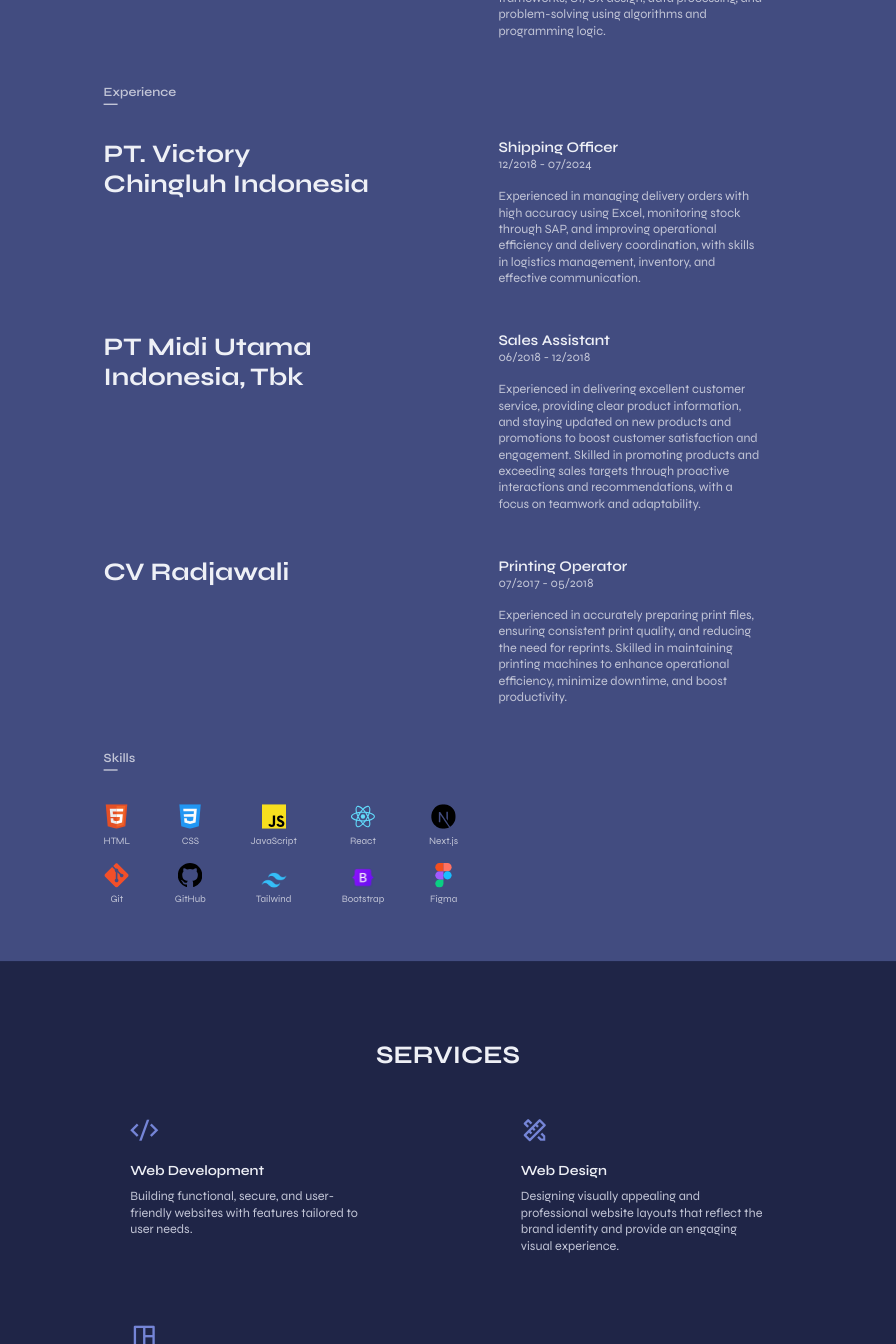
Repository: Ademaulana100499/amgrowth
Page: /
The author's editor kept a copy of each file at every save. The page is drawn from the files as they stood at one save, then again after the next save.
The browser window is 1280 px wide. The pictures show the part of the page from y = 4580 to 6500 px (the page is 7673 px tall before and 7757 px after), at 70% of full size.
Some web fonts or font styles are not loaded; a fallback is used. The project was rebuilt for these pictures with package versions that can differ from the ones it lists, and the page was loaded fresh each time. Also part of the build but not shown: vite.config.js.

Above is the page before, as saved 2025-02-19 16:49:58.

After the next save:
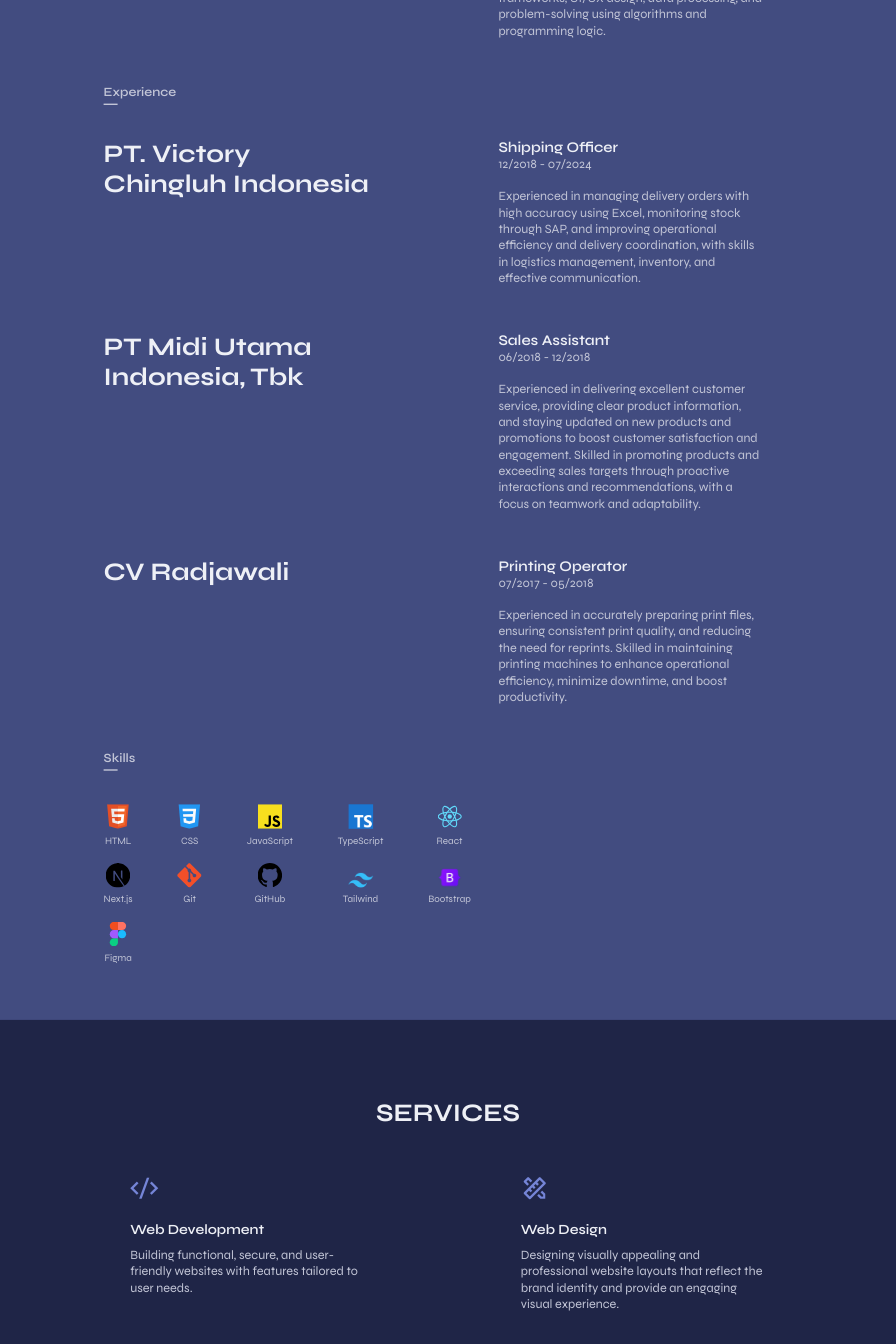
Saved 5 min 46 s later.
--- a/src/App.jsx
+++ b/src/App.jsx
@@ -129,6 +129,11 @@
     },
     {
       id: 4,
+      skill: "TypeScript",
+      image: "/assets/img/typescript.png",
+    },
+    {
+      id: 4,
       skill: "React",
       image: "/assets/img/react.svg",
     },
